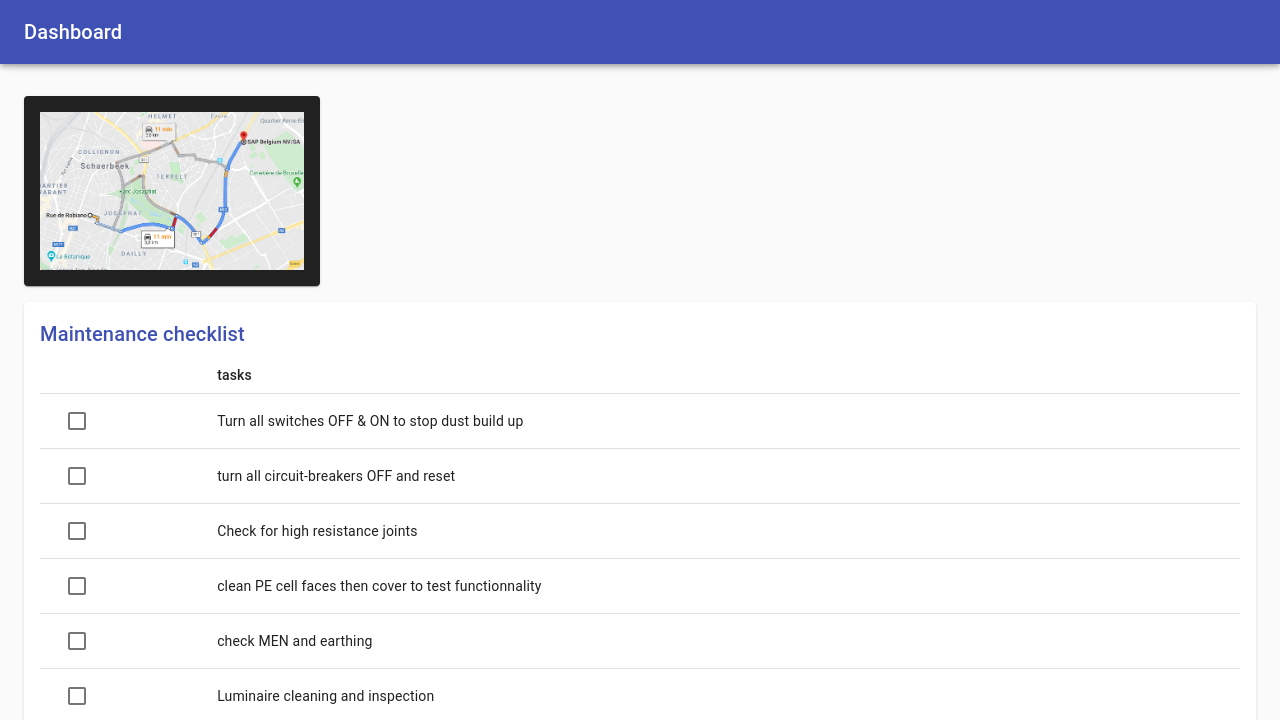
Repository: sapbrussels/intelligenthighway_webapp
Page: /Maintenance (app in router/)
The author's editor kept a copy of each file at every save. The page is drawn from the files as they stood at one save, then again after the next save.
The browser window is 1280 px wide. The pictures show the whole page.
An inner scrolling area shows only its first screen. The project was rebuilt for these pictures with package versions that can differ from the ones it lists, and the page was loaded fresh each time. Also part of the build but not shown: router/src/App.css, router/src/Login.js, router/src/Maps.js, router/src/Jobspage.js.

Above is the page before, as saved 2020-03-26 16:42:57.

After the next save:
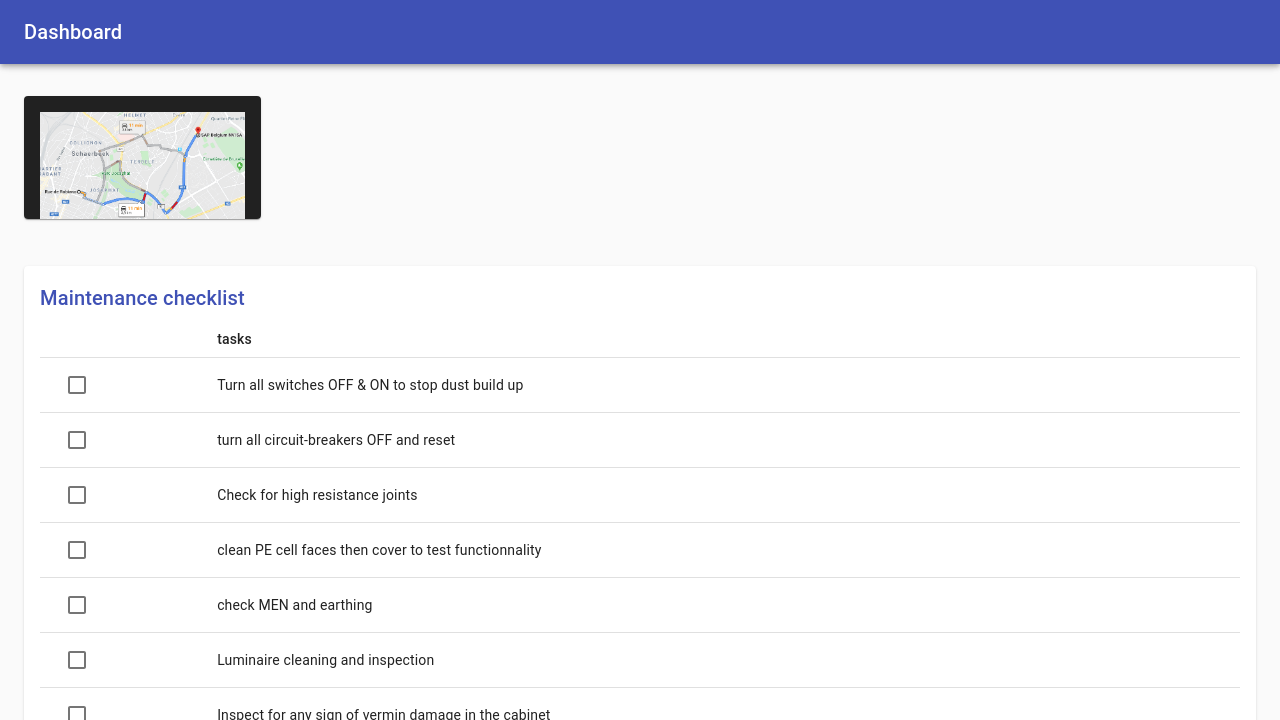
Saved 24 s later.
--- a/router/src/Maintenance.js
+++ b/router/src/Maintenance.js
@@ -108,8 +108,8 @@
     backgroundColor:
       theme.palette.type === 'dark' ? theme.palette.grey[50] : theme.palette.grey[900],
     backgroundSize: 'cover',
-    height: "100%",
-    width: "100%",
+    height: "80%",
+    width: "80%",
     display: 'flex',
     overflow: 'auto',
     flexDirection: 'column',

After the 2 saves that followed:
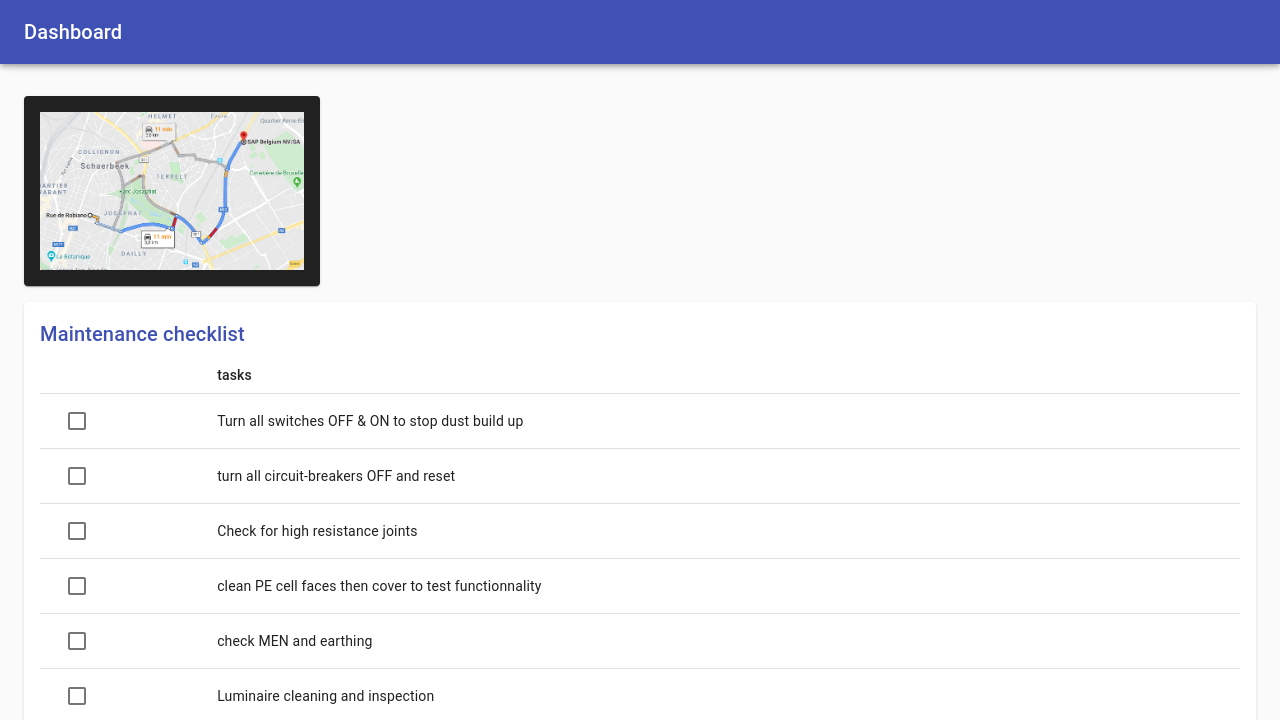
The 2 saves are shown as one change because 1 left the picture as it was.
The last was saved 26 s later.
--- a/router/src/Maintenance.js
+++ b/router/src/Maintenance.js
@@ -108,11 +108,8 @@
     backgroundColor:
       theme.palette.type === 'dark' ? theme.palette.grey[50] : theme.palette.grey[900],
     backgroundSize: 'cover',
-    height: "80%",
-    width: "80%",
-    display: 'flex',
-    overflow: 'auto',
-    flexDirection: 'column',
+    height: "100%",
+    width: "100%",
 
 
 
